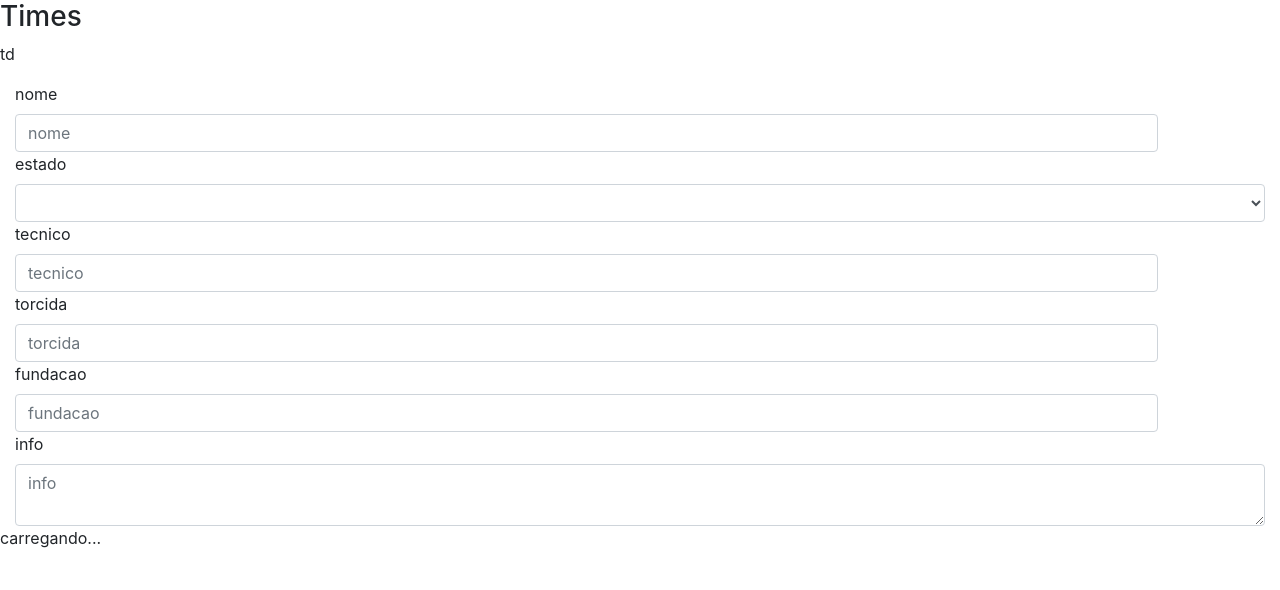
Repository: ecrseer/vuesheetpost
Page: /
These files come from the project's save history. The page is drawn as it stood at one moment and after the next save; the edit follows.
The browser window is 1280 px wide. The pictures show the whole page.
The page's requests for data from a server got no answer. The project was rebuilt for these pictures with package versions that can differ from the ones it lists, and the page was loaded fresh each time. No one was signed in, and anything a server would have sent is missing. Also part of the build but not shown: vite.config.js, vue.config.js.

Above is the page before, as saved 2021-08-23 16:07:10.

### src/App.vue
<template>
  <h3>Times</h3>
  <div>
    <!-- <table>
      <thead>
      <tr>
        <th>Nome</th>
        <th>Estado</th>
        <th>Torcida</th>
        <th>Ano</th>
        <th>info</th>
      </tr>
      </thead>
      <tbody>
      <tr v-for="(time, index) in times" v-bind:key="index">
        <td>{{ time.nome }}</td>
        <td>{{ time.estado }}</td>
        <td>{{ time.torcida }}</td>
        <td>{{ time.fundacao_ano }}</td>
        <td>{{ time.info }}</td>
        <td>
          <button @click="editar(time)">editar</button>
        </td>
        <td>
          <span v-if="carregando">carregando</span>
          <button v-else @click="apagar(time, index)">apagar</button>
        </td>
      </tr>
      </tbody>
    </table> -->
    <TabelaMarota v-bind:lista="times"
    v-on:editando="editar"
    ></TabelaMarota>
  </div>


  <div>

    <Campo nome="nome" v-model="time.nome"></Campo>
    <CampoDropDown nome="estado" v-model="time.estado" :itens="estados"></CampoDropDown>
    <Campo nome="tecnico" v-model="time.tecnico"></Campo>
    <Campo nome="torcida" tipo="number" v-model="time.torcida"></Campo>
    <Campo nome="fundacao" tipo="number" v-model="time.fundacao_ano"></Campo>
    <CampoText tipo="texto" nome="info" v-model="time.info"></CampoText>

    <span v-if="carregando">carregando...</span>
    <button v-else @click="salvar">salvar</button>
  </div>

</template>


<script>
// todo:
// atualizar lista superior
// limpar campos depois de salvar
// estados como drop-down
// torcida tem q ser do tipo number
// fundacao do tipo number
// info tem q ser um textarea

// transformar a listagem de times em uma tabela
// excluir
// editar um time

import Campo from './components/Campo.vue'
import axios from 'axios'
import CampoDropDown from './components/CampoDropDown.vue'
import CampoText from './components/CampoText.vue'
import TabelaMarota from './components/TabelaMarota.vue'

let timeNovo = () => {
  return {
    'id': 'INCREMENT',
    'nome': '',
    'estado': '',
    'tecnico': '',
    'torcida': '',
    'fundacao_ano': '',
    'info': ''
  }
}

export default {
  components: {TabelaMarota, CampoText, CampoDropDown, Campo},
  data() {
    return {
      time: timeNovo(),
      times: [],
      carregando: true,
      editando: false,
      estados: [
        'RJ',
        'SP',
        'RS',
      ]
    }
  },
  methods: {
    salvar() {
      this.carregando = true
      if (this.editando) {
        axios.put(
            `https://sheetdb.io/api/v1/${import.meta.env.VITE_TABELA_GJ}/id/${this.time.id}`,
            {data: [this.time]}
        ).then(() => {
          Object.assign(this.editando, this.time)
          this.time = timeNovo()
          this.carregando = false
          this.editando = false
        })
      } else {
        axios.post(
            `https://sheetdb.io/api/v1/${import.meta.env.VITE_TABELA_GJ}`,
            {data: [this.time]}
        ).then(() => {
          this.times.push(this.time)
          this.time = timeNovo()
          this.carregando = false
        })
      }
    },
    apagar(time, index) {
      this.carregando = true
      axios.delete(`https://sheetdb.io/api/v1/${import.meta.env.VITE_TABELA_GJ}/id/${time.id}`).then(() => {
        this.times.splice(index, 1)
        this.carregando = false
      })
    },
    editar(time) {
      this.editando = time
      this.time = {...time}
    }
  },
  mounted() {
    this.carregando = true
    axios.get(`https://sheetdb.io/api/v1/${import.meta.env.VITE_TABELA_GJ}`).then(({data}) => {
      this.times = data
      this.carregando = false
    })
  }
}
</script>

<style>
@import "https://stackpath.bootstrapcdn.com/bootstrap/4.3.1/css/bootstrap.min.css";


</style>

### src/components/Campo.vue
<template>
  <div class="col-11">
    <label :for="nome" class="form-label">{{ nome }}</label>
    <input v-bind:type="tipocampo"
           class="form-control"
           :id="nome"
           :placeholder="nome"
           :value="modelValue"
           @input="$emit('update:modelValue', $event.target.value)">
  </div>
</template>

<script>
export default {
  name: 'Campo',
  emits: ['update:modelValue'],
  props: ['tipocampo' ,'nome', 'modelValue'],
  methods: {
    atualizar(){
      this.$emit('bombom')
    }
  }
}
</script>

<style scoped>
</style>

### src/components/CampoDropDown.vue
<template>
  <div class="col-12">
    <label :for="nome" class="form-label">{{ nome }}</label>
    <select
      class="form-control"
      :id="nome"
      :placeholder="nome"
      :value="modelValue"
      @input="$emit('update:modelValue', $event.target.value)">
      <option v-for="item in itens" :key="item" :value="item">{{ item }}</option>
    </select>
  </div>
</template>

<script>
export default {
  name: 'CampoDropDown',
  emits: ['update:modelValue'],
  props: ['nome', 'modelValue', 'itens'],
  methods: {
    atualizar() {
      this.$emit('bombom')
    }
  }
}
</script>

<style scoped>

</style>

### src/components/CampoText.vue
<template>
  <div class="col-12">
    <label :for="nome" class="form-label">{{ nome }}</label>
    <textarea
      class="form-control"
      :id="nome"
      :placeholder="nome"
      :value="modelValue"
      @input="$emit('update:modelValue', $event.target.value)">
    </textarea>
  </div>
</template>

<script>
export default {
  name: 'CampoText',
  emits: ['update:modelValue'],
  props: ['nome', 'modelValue'],
  methods: {
    atualizar() {
      this.$emit('bombom')
    }
  }
}
</script>

<style scoped>

</style>

### src/components/TabelaMarota.vue
<template>
  <table class="table table-hover" v-bind:class="table-hover">

    <thead>

    <tr >
      <th  scope="col"
      v-for="(atributo,key) in lista[0]" v-bind:key="key">
        {{ key }}</th>
      td
    </tr>
    </thead>
    <tbody>
    <tr v-for="item in lista" v-bind:key="item">
      <td v-for="(atributo,key) in item" v-bind:key="key">
        {{ atributo }}
      </td>
      <!-- iterou por todos atributos de um item só -->
       <td>
          <button
          class="btn btn-primary"
           @click="$emit('editar',item)">editar</button>
        </td>
        <td>
          <div
          class="alert alert-primary"
          v-if="carregando">carregando</div>
          <button v-else
          class="btn btn-danger"
          @click="$emit('apagar',[time, index])">apagar</button>
        </td>
    </tr>
    </tbody>
  </table>
  <!--
    as funcoes editar/apagar deveriam estar aqui?
     estado DropDown nao carrega ao editar no outro proj
   -->
</template>

<script>
export default {
  name: 'TabelaMarota',
  props:['lista']
}
</script>

Loaded but not shown: index.html (common file); src/main.js (common file)

After the next save:
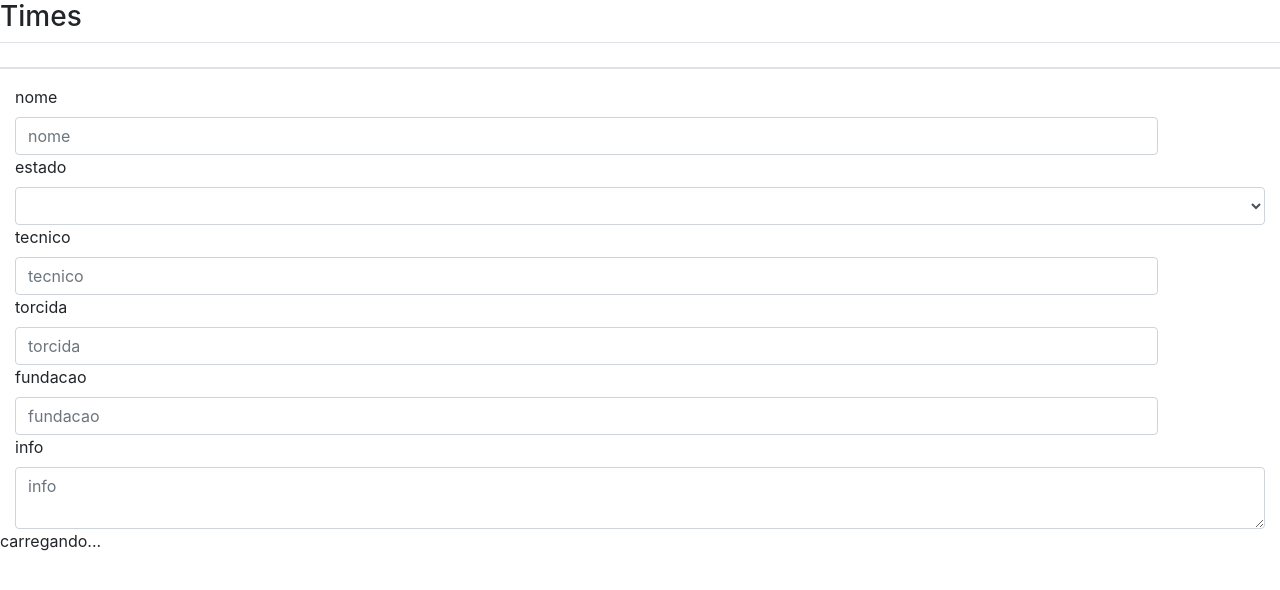
Saved 9 s later.
--- a/src/components/TabelaMarota.vue
+++ b/src/components/TabelaMarota.vue
@@ -7,7 +7,8 @@
       <th  scope="col"
       v-for="(atributo,key) in lista[0]" v-bind:key="key">
         {{ key }}</th>
-      td
+      <th scope="col"></th>
+      <th scope="col"></th>
     </tr>
     </thead>
     <tbody>
